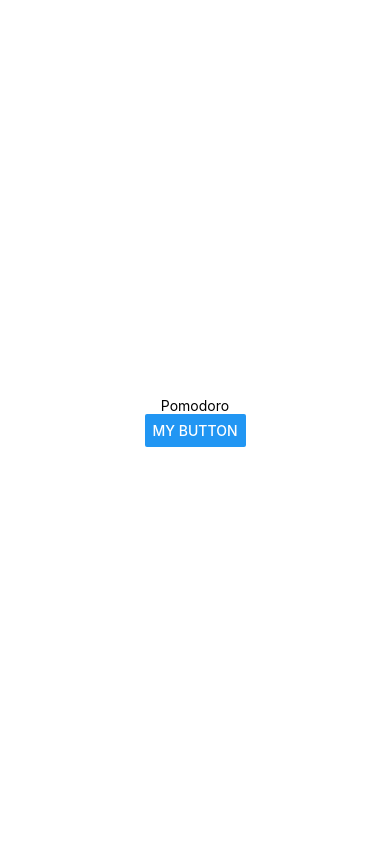
Repository: rchavarria77/pomodoro-app
Screen: /
These files come from the project's save history. The screen is drawn as it stood at one moment and after the next save; the edit follows.
The app was drawn by React Native's web renderer in a window 390 px wide. The project was rebuilt for these pictures with package versions that can differ from the ones it lists, and the page was loaded fresh each time.

Above is the screen before, as saved 2024-02-01 00:26:42.

After the next save:
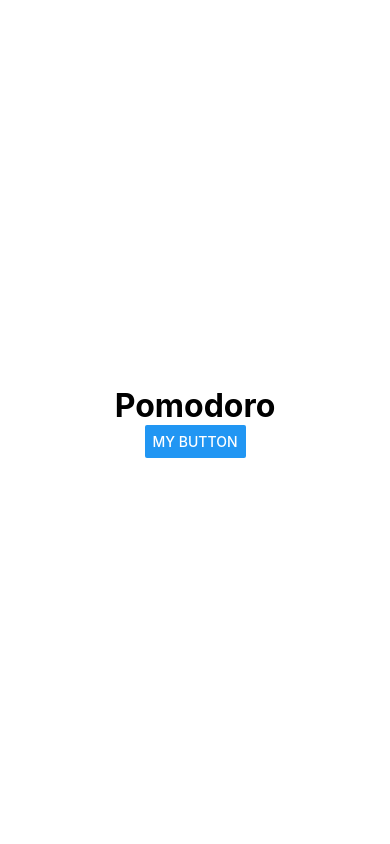
Saved 32 s later.
--- a/App.js
+++ b/App.js
@@ -4,7 +4,7 @@ import { StyleSheet, Text, View, Button } from 'react-native';
 export default function App() {
   return (
     <View style={styles.container}>
-      <Text>Pomodoro</Text>
+      <Text style={{ fontSize: 32, fontWeight: 'bold' }}>Pomodoro</Text>
       <Button title='My Button' />
       <StatusBar style='auto' />
     </View>
